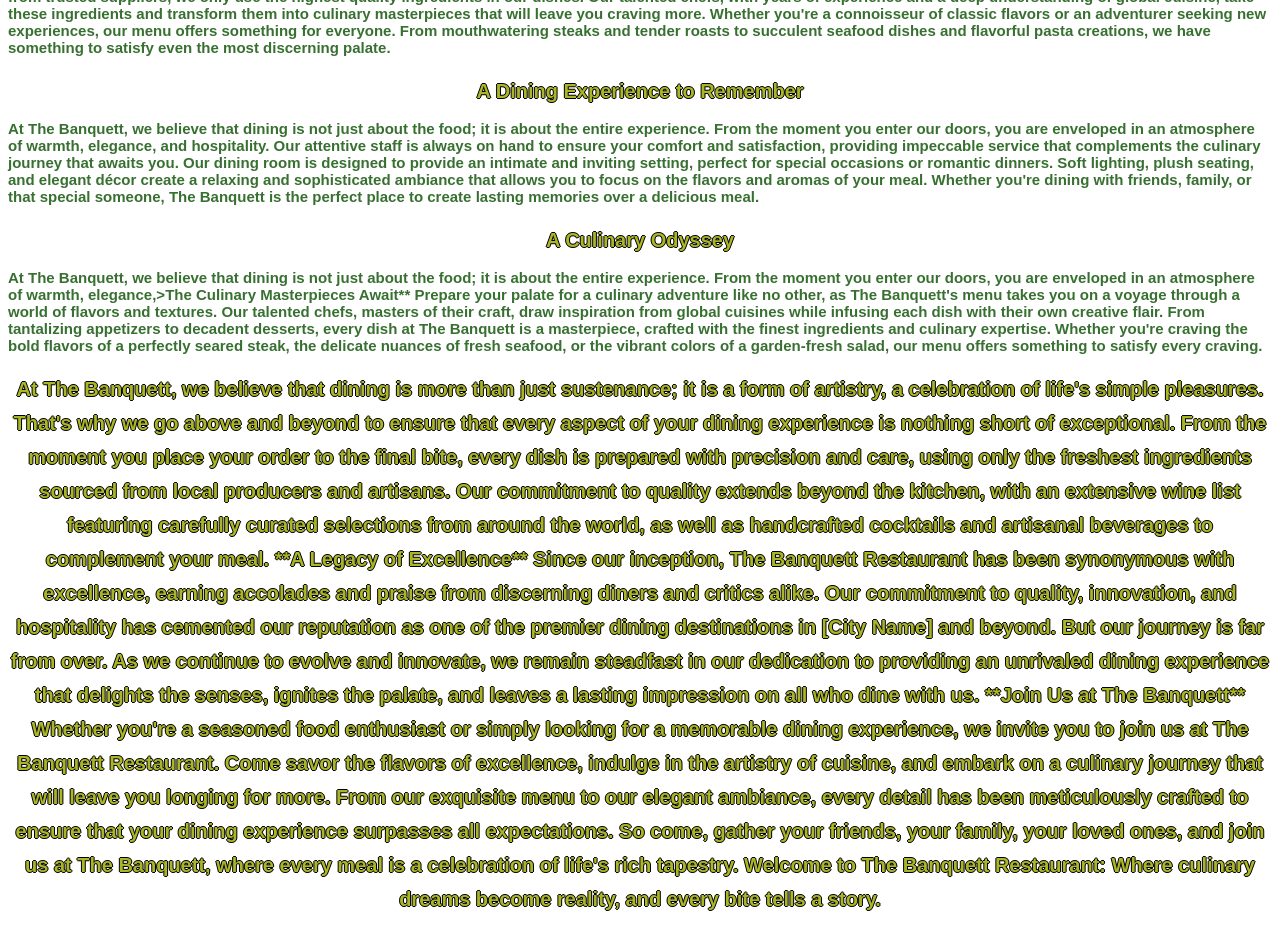
Repository: moinakhere/Restaurant
Page: Web face/home_page.html
These files come from the project's save history. The page is drawn as it stood at one moment and after the next save; the edit follows.
The browser window is 1280 px wide. The pictures show the part of the page from y = 1214 to 2166 px (the page is 2166 px tall before and 1996 px after).

Above is the page before, as saved 2024-04-07 21:40:47.

### Web face/home_page.html
<!DOCTYPE html>
<html/ lang="en"/>
<head/>
	<title>The Banquet Restaurant</title>
  <meta charset="utf-8">"
  <link rel="stylesheet" href="style.css">
  <meta name="viewport" content="width=device-width, initial-scale=1.0">
<body/>
  <p/><h1 class="p1"/>Welcome to The Banquet Restaurant
  <p/><h4 class="p2"/>Please select your table
  <form/>
    <input type="button" value="Table 1" onclick="window.location.href='table1.html'" target="_blank" class="button"/><br>
    <input type="button" value="Table 2" onclick="window.location.href='table2.html'" target="_blank" class="button"/><br>
    <input type="button" value="Table 3" onclick="window.location.href='table3.html'" target="_blank" class="button"/><br>
    <input type="button" value="Table 4" onclick="window.location.href='table4.html'" target="_blank" class="button"/><br>
    <input type="button" value="Table 5" onclick="window.location.href='table5.html'" target="_blank" class="button"/><br>
    <input type="button" value="Table 6" onclick="window.location.href='table6.html'" target="_blank" class="button"/><br>
  <img src="https://wallpapercave.com/wp/wp1874173.jpg" alt="The Banquet Restaurant" class="img1"/>
  <img src="https://media.timeout.com/images/105239239/image.jpg" alt="The Banquet Restaurant" class="img2"/><br>
  <strong class="head">Welcome to The Banquett Restaurant: A Culinary Odyssey<br></strong>
  <p class="body">
  Welcome, esteemed patrons, to The Banquett Restaurant, where gastronomic delights meet elegance in a symphony of flavors
  and ambiance. Nestled in the heart of Kolkata, The Banquett is more than just a restaurant; it is an experience, a
  journey through the artistry of cuisine. As you step through our doors, prepare to embark on a culinary odyssey like no other.
  The Banquett is not merely a place to dine; it is a sanctuary for food enthusiasts, a haven where passion for cooking meets dedication to service.</p>

  <strong class="head">A Fusion of Elegance and Comfort<br></strong>
  <p class="body">
  At The Banquett, we believe that dining is not just about the food; it is an experience that encompasses every sense.
  From the moment you enter, you are enveloped in an atmosphere of refined elegance and warmth. Our meticulously designed
  interior, adorned with soft lighting, plush seating, and tasteful décor, sets the stage for an unforgettable dining
  experience.
  Whether you're celebrating a special occasion, enjoying a romantic evening, or simply seeking a place to unwind after a
  long day, The Banquett offers an inviting ambiance that caters to all occasions. Our attentive staff is dedicated to
  ensuring your comfort, providing impeccable service that complements the culinary journey that awaits you.
  </p>
  <strong class="head">**A Symphony of Flavors**</p>
  <p class="body">
  At The Banquett, we believe that food is more than just sustenance; it is an art form, a way of expressing creativity
  and passion. Our menu is a testament to this belief, with each dish carefully crafted to delight the senses and ignite
  the palate.

  From the freshest seafood, sourced straight from the local markets, to the finest cuts of meat, carefully selected from
  trusted suppliers, we only use the highest quality ingredients in our dishes. Our talented chefs, with years of experience
  and a deep understanding of global cuisine, take these ingredients and transform them into culinary masterpieces that
  will leave you craving more.

  Whether you're a connoisseur of classic flavors or an adventurer seeking new experiences, our menu offers something
  for everyone. From mouthwatering steaks and tender roasts to succulent seafood dishes and flavorful pasta creations,
  we have something to satisfy even the most discerning palate.</p>

<strong class="hand">A Dining Experience to Remember</strong>
  <p class="body">
  At The Banquett, we believe that dining is not just about the food; it is about the entire experience. From the moment you
  enter our doors, you are enveloped in an atmosphere of warmth, elegance, and hospitality. Our attentive staff is always
  on hand to ensure your comfort and satisfaction, providing impeccable service that complements the culinary journey that
  awaits you.

  Our dining room is designed to provide an intimate and inviting setting, perfect for special occasions or romantic dinners.
  Soft lighting, plush seating, and elegant décor create a relaxing and sophisticated ambiance that allows you to focus on
  the flavors and aromas of your meal.

  Whether you're dining with friends, family, or that special someone, The Banquett is the perfect place to create lasting
  memories over a delicious meal.
  </p>
  <strong class="head">A Culinary Odyssey</strong>
  <p class="body">
  At The Banquett, we believe that dining is not just about the food; it is about the entire experience. From the moment you
  enter our doors, you are enveloped in an atmosphere of warmth, elegance,>The Culinary Masterpieces Await**

  Prepare your palate for a culinary adventure like no other, as The Banquett's menu takes you on a voyage through a world
  of flavors and textures. Our talented chefs, masters of their craft, draw inspiration from global cuisines while
  infusing each dish with their own creative flair.

  From tantalizing appetizers to decadent desserts, every dish at The Banquett is a masterpiece, crafted with the finest
  ingredients and culinary expertise. Whether you're craving the bold flavors of a perfectly seared steak, the delicate
  nuances of fresh seafood, or the vibrant colors of a garden-fresh salad, our menu offers something to satisfy every
  craving.</p>
  At The Banquett, we believe that dining is more than just sustenance; it is a form of artistry, a celebration of life's
  simple pleasures. That's why we go above and beyond to ensure that every aspect of your dining experience is nothing
  short of exceptional.

  From the moment you place your order to the final bite, every dish is prepared with precision and care, using only the
  freshest ingredients sourced from local producers and artisans. Our commitment to quality extends beyond the kitchen,
  with an extensive wine list featuring carefully curated selections from around the world, as well as handcrafted
  cocktails and artisanal beverages to complement your meal.

  **A Legacy of Excellence**

  Since our inception, The Banquett Restaurant has been synonymous with excellence, earning accolades and praise from
  discerning diners and critics alike. Our commitment to quality, innovation, and hospitality has cemented our reputation
  as one of the premier dining destinations in [City Name] and beyond.

  But our journey is far from over. As we continue to evolve and innovate, we remain steadfast in our dedication to
  providing an unrivaled dining experience that delights the senses, ignites the palate, and leaves a lasting impression
  on all who dine with us.

  **Join Us at The Banquett**

  Whether you're a seasoned food enthusiast or simply looking for a memorable dining experience, we invite you to join us
  at The Banquett Restaurant. Come savor the flavors of excellence, indulge in the artistry of cuisine, and embark on a
  culinary journey that will leave you longing for more.

  From our exquisite menu to our elegant ambiance, every detail has been meticulously crafted to ensure that your dining
  experience surpasses all expectations. So come, gather your friends, your family, your loved ones, and join us at The
  Banquett, where every meal is a celebration of life's rich tapestry.

  Welcome to The Banquett Restaurant: Where culinary dreams become reality, and every bite tells a story.
  <div class="bg-img"/>

### Web face/style.css
.button {
  background-color: #ed5f0d;
  color: rgb(255, 255, 255);
  border: 1px solid rgb(21, 154, 200);
  border-radius: 20px;
  text-align: center;
  text-decoration: none;
  display: inline-block;
  font-size: 16px;
  margin: 4px 2px;
  cursor: pointer;
  padding: 15px 32px;
  width: 200px;
  height: 50px;
  font-family: Arial, Helvetica, sans-serif;
  box-shadow: 0 8px 20px 0 rgba(141, 66, 66, 0.835), 0 8px 20px 0 rgba(0,0,0,0.19);
  transition: height 0.4s, width 0.4s, font-size 0.4s, opacity 0.4s, background-color 0.4s, color 0.4s, box-shadow 0.4s;
}

.button:hover {
  background-color: #e87938;
  color: rgb(241, 225, 225);
  font-size: 20px;
  width: 210px;
  height: 52px;
  opacity: 0.8;
  box-shadow: 10px 12px 40px 2px rgba(141, 66, 66, 0.835), 0 8px 20px 0 rgba(0, 0, 0, 0.19);
  transition: height 0.4s, width 0.4s, font-size 0.4s, opacity 0.4s, background-color 0.4s, color 0.4s, box-shadow 0.4s;
}

.button:active {
  background-color: #f49a66;
  color: rgb(0, 0, 0);
  font-size: 20px;
  width: 210px;
  height: 52px;
  opacity: 0.5;
  box-shadow: 10px 12px 40px 2px rgba(141, 66, 66, 0.835), 0 8px 20px 0 rgba(0, 0, 0, 0.19);
}


.p1 {
  color: rgb(21, 154, 200);
  font-size: 50px;
  text-align: center;
  font-family: Arial, Helvetica, sans-serif;
  text-shadow: 1px 0px 0px rgb(71, 53, 100),
       -1px 0px 0px rgb(71, 53, 100),
       0px 1px 0px rgb(71, 53, 100),
       0px -1px 0px rgb(71, 53, 100);
}

.p2 {
  color: rgb(255, 0, 0);
  font-size: 30px;
  text-align: center;
  font-family: Arial, Helvetica, sans-serif;
  text-shadow: 1px 0px 0px rgb(0, 0, 0),
       -1px 0px 0px rgb(0, 0, 0),
       0px 1px 0px rgb(0, 0, 0),
       0px -1px 0px rgb(0, 0, 0);
}
form {
  text-align: center;
}
.img1{
    margin-top: 50px;
    margin-bottom: 50px;
    height: 200px;
    width: 600px;
    border-radius: 20px;
    opacity:0.7;
    float: left;
}

.img2{
    margin-top: 50px;
    margin-bottom: 50px;
    height: 200px;
    width: 600px;
    border-radius: 20px;
    opacity:0.7;
    float: right;
}

.bg-img {
  background-size: cover;
  background-repeat: no-repeat;
  background-position: center;
  position: fixed;
  top: 0;
  left: 0;
  right: 0;
  z-index: -1;
  width: 100%;
  filter: blur(8px);
  -webkit-filter: blur(8px);
  height: 100%;
  opacity: 0.65;
  background-image:url("https://th.bing.com/th/id/R.0f5e04ec66d7a6e19795b0c312ef17aa?rik=clY31xOlb2k4tw&riu=http%3a%2f%2feskipaper.com%2fimages%2ftable-flowers-background-1.jpg&ehk=s5m89hxCVKBmLwq4SgL5qT0mezcRFp9jrse8FoQV%2btg%3d&risl=&pid=ImgRaw&r=0")
}
.Menu{
  text-align: center;
  font-size:30px;
  font-family:Arial, Helvetica, sans-serif;
  text-shadow:1px 0px 0px rgb(93, 36, 36),
  -1px 0px 0px rgb(93, 36, 36),
  0px 1px 0px rgb(93, 36, 36),
  0px -1px 0px rgb(93, 36, 36);
  font-weight: 'italic';
  color: rgba(48, 166, 179, 0.817);
}
.body{
  font-size: 15px;
  font-family: Arial, Helvetica, sans-serif;
  color: rgb(56, 112, 49);
  text-shadow: none;
  text-align: left;
}
.head{
  font-size: 20px;
  font-family: Arial, Helvetica, sans-serif;
  color: rgb(171, 181, 40);
  font-weight: 'bold';
  text-align: left;
}

After the next save:
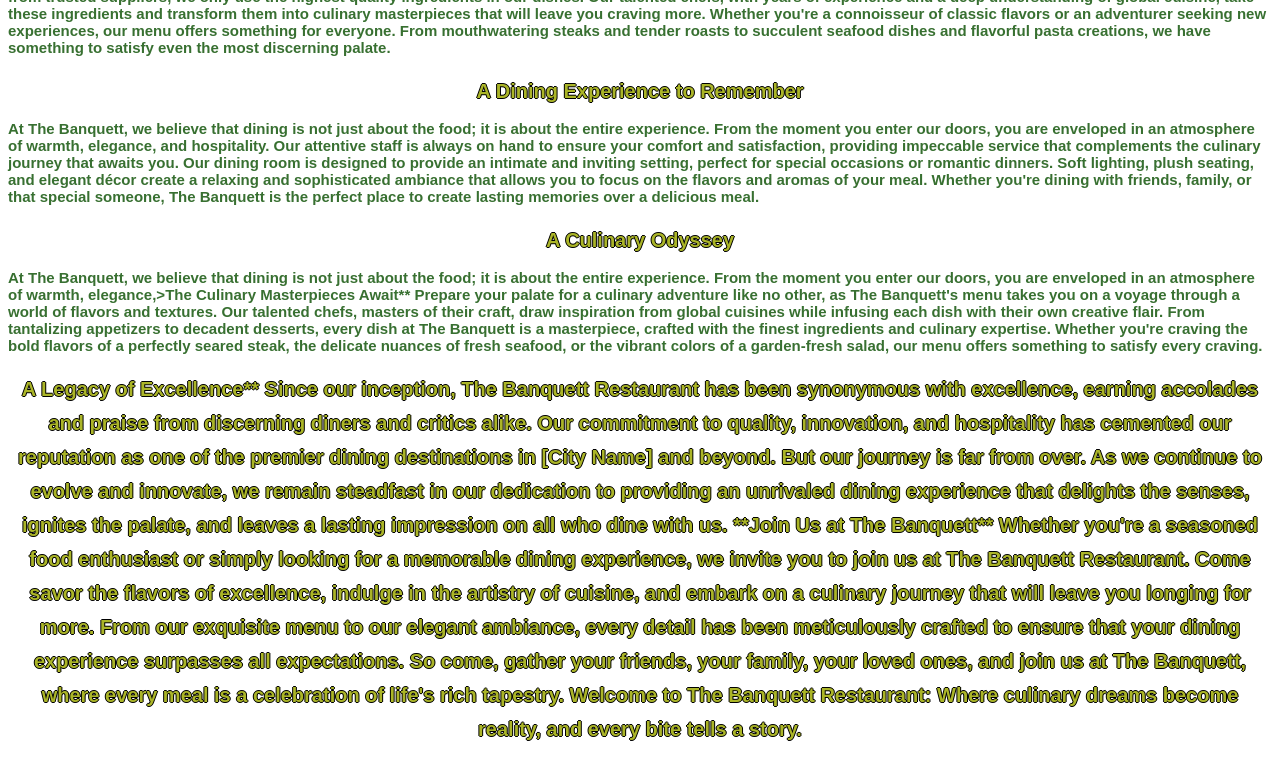
Saved 40 min 1 s later.
--- a/Web face/home_page.html
+++ b/Web face/home_page.html
@@ -76,16 +76,8 @@
   ingredients and culinary expertise. Whether you're craving the bold flavors of a perfectly seared steak, the delicate
   nuances of fresh seafood, or the vibrant colors of a garden-fresh salad, our menu offers something to satisfy every
   craving.</p>
-  At The Banquett, we believe that dining is more than just sustenance; it is a form of artistry, a celebration of life's
-  simple pleasures. That's why we go above and beyond to ensure that every aspect of your dining experience is nothing
-  short of exceptional.
 
-  From the moment you place your order to the final bite, every dish is prepared with precision and care, using only the
-  freshest ingredients sourced from local producers and artisans. Our commitment to quality extends beyond the kitchen,
-  with an extensive wine list featuring carefully curated selections from around the world, as well as handcrafted
-  cocktails and artisanal beverages to complement your meal.
-
-  **A Legacy of Excellence**
+  A Legacy of Excellence**
 
   Since our inception, The Banquett Restaurant has been synonymous with excellence, earning accolades and praise from
   discerning diners and critics alike. Our commitment to quality, innovation, and hospitality has cemented our reputation
